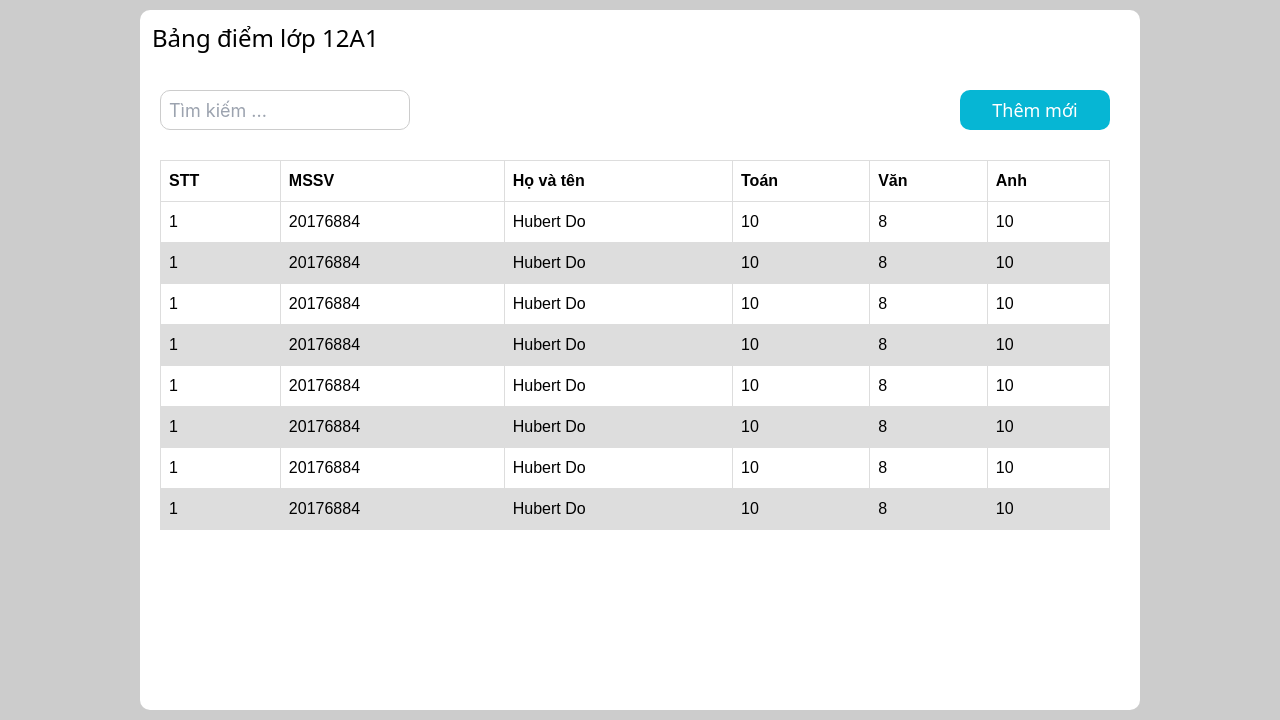
Repository: doducthuan/ReactJS-Movie
Page: /
The author's editor kept a copy of each file at every save. The page is drawn from the files as they stood at one save, then again after the next save.
The browser window is 1280 px wide. The pictures show the whole page.
The project was rebuilt for these pictures with package versions that can differ from the ones it lists, and the page was loaded fresh each time. Also part of the build but not shown: src/App.css.

Above is the page before, as saved 2024-01-13 07:43:41.

After the next save:
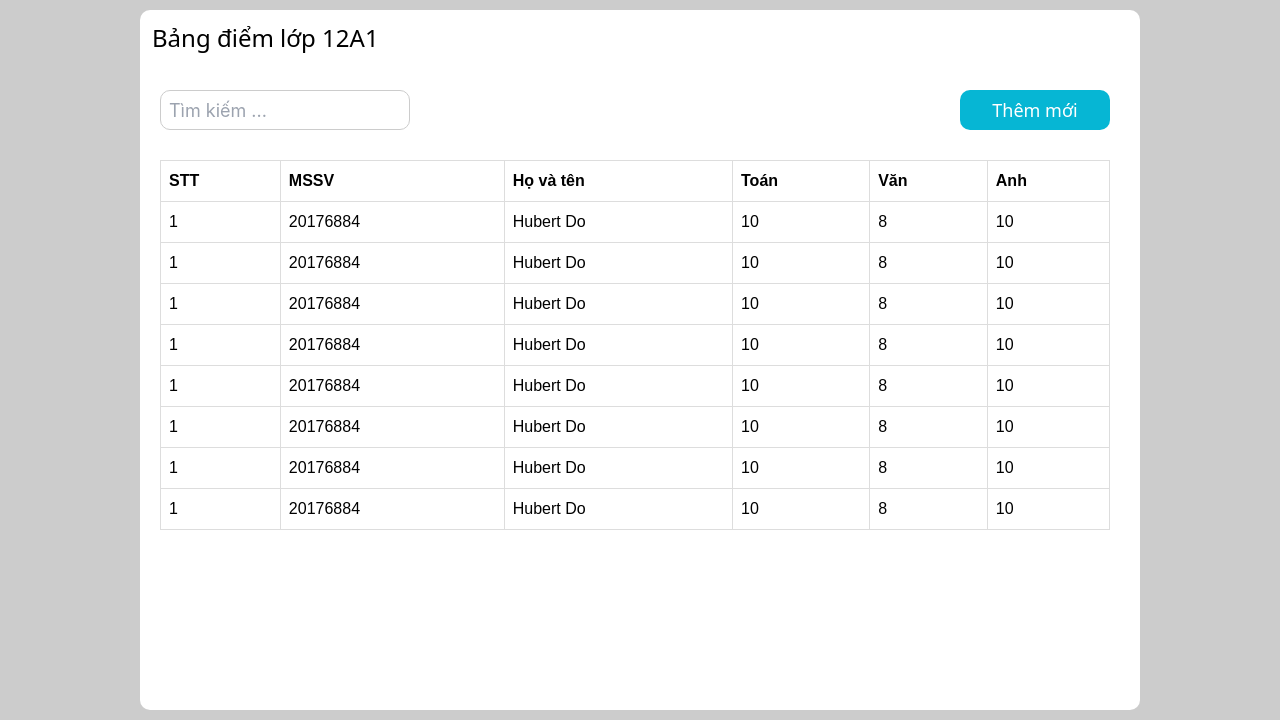
Saved 2 min 46 s later.
--- a/src/components/students/styles.css
+++ b/src/components/students/styles.css
@@ -42,6 +42,6 @@
     text-align: left;
     padding: 8px;
 }
-tr:nth-child(even) {
+/* tr:nth-child(even) {
     background-color: #dddddd;
-}
+} */

After the save that followed:
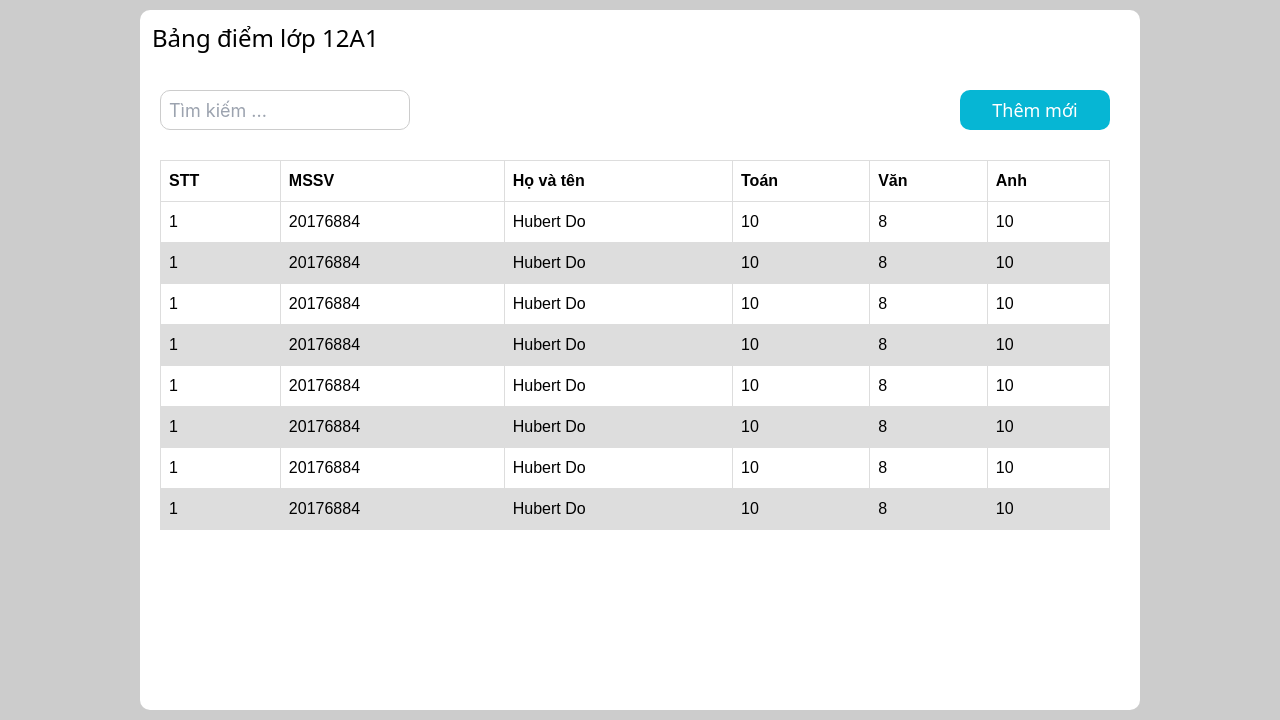
Saved 44 s later.
--- a/src/components/students/styles.css
+++ b/src/components/students/styles.css
@@ -42,6 +42,6 @@
     text-align: left;
     padding: 8px;
 }
-/* tr:nth-child(even) {
+tr:nth-child(even) {
     background-color: #dddddd;
-} */
+}
